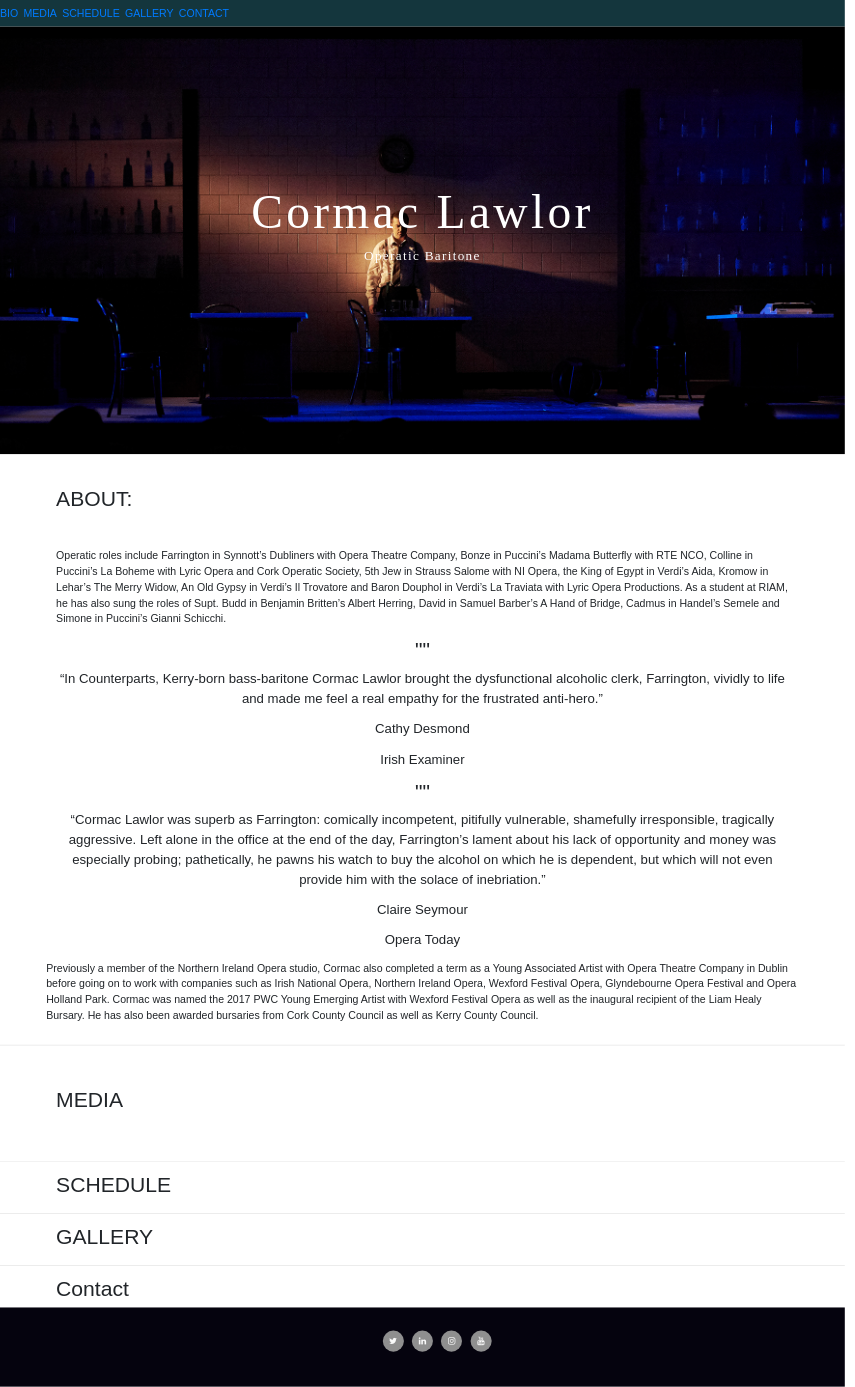
Repository: armedcor/frontend-project
Page: index.html
The author's editor kept a record of every edit. The page is drawn from the files as they stood at one moment, then again after the next edit.
The browser window is 1280 px wide. The page is 1295 px wide, so the pictures cover 1295 px, including what lies to the right of the window. The pictures show the whole page, at 66% of full size.
Backgrounds fixed to the window are drawn as part of the page.

Above is the page before.

### index.html
<!doctype html>
<html lang="en">

<head>
    <!-- Required meta tags -->
    <meta charset="utf-8">
    <meta name="viewport" content="width=device-width, initial-scale=1.0">

    <!-- Bootstrap CSS -->
    <link rel="stylesheet" href="https://stackpath.bootstrapcdn.com/bootstrap/4.3.1/css/bootstrap.min.css" integrity="sha384-ggOyR0iXCbMQv3Xipma34MD+dH/1fQ784/j6cY/iJTQUOhcWr7x9JvoRxT2MZw1T" crossorigin="anonymous">
    <!-- FontAwesome Link -->
    <link rel="stylesheet" href="https://stackpath.bootstrapcdn.com/font-awesome/4.7.0/css/font-awesome.min.css" type="text/css" />
    <!-- Local Style Sheet -->
    <link rel="stylesheet" href="assets/css/style.css" type="text/css" />
    <title>Cormac Lawlor | Baritone</title>
</head>

<body>
    <!-- Main landing image -->

    <nav class="navbar navbar-nav navbar-expand-sm">
        <ul class="navbar-nav mr-auto">
            <li class="active nav-item mr-2"><a class="page-scroll" href="#about-me">BIO</a></li>
            <li class="nav-item mr-2"><a class="page-scroll" href="#media">MEDIA</a></li>
            <li class="nav-item mr-2"><a class="page-scroll" href="#schedule">SCHEDULE</a></li>
            <li class="nav-item mr-2"><a class="page-scroll" href="#gallery">GALLERY</a></li>
            <li class="nav-item mr-2"><a class="page-scroll" href="#contact">CONTACT</a></li>
        </ul>
    </nav>

    <div class="container-fluid callout-container">
        <div class="row">
            <div class="col-12">
                <section class="jumbotron text-center">
                    <h1 class="display-4 jumbotron-header">Cormac Lawlor</h1>
                    <p class="lead jumbotron-text">Operatic Baritone</p>
                </section>
            </div>
        </div>
    </div>



    <!-- About me text including media quotes -->

    <div class="row">
        <section class="container" id="about-me">
            <div class="row">
                <div class="col-12 my-5">
                    <h2 class="text-uppercase">About:</h2>
                </div>
            </div>
            <div class="row bio">
                <div class="col-12">
                    <p>Operatic roles include Farrington in Synnott’s Dubliners with Opera Theatre Company, Bonze in Puccini’s Madama Butterfly with RTE NCO, Colline in Puccini’s La Boheme with Lyric Opera and Cork Operatic Society, 5th Jew in Strauss Salome
                        with NI Opera, the King of Egypt in Verdi’s Aida, Kromow in Lehar’s The Merry Widow, An Old Gypsy in Verdi’s Il Trovatore and Baron Douphol in Verdi’s La Traviata with Lyric Opera Productions. As a student at RIAM, he has also
                        sung the roles of Supt. Budd in Benjamin Britten’s Albert Herring, David in Samuel Barber’s A Hand of Bridge, Cadmus in Handel’s Semele and Simone in Puccini’s Gianni Schicchi.</p>
                </div>
            </div>
        </section>
    </div>
    <section class="container" id="quotes">
        <div class="row">
            <div class="col-12 mobile-hidden">
                <blockquote class="blockquote">
                    <h2>""</h2>
                    <p class="quote-text">“In Counterparts, Kerry-born bass-baritone Cormac Lawlor brought the dysfunctional alcoholic clerk, Farrington, vividly to life and made me feel a real empathy for the frustrated anti-hero.”</p>
                    <p class="quote-author"> Cathy Desmond</p>
                    <p class="quote-location">Irish Examiner</p>
                </blockquote>
            </div>
            <div class="col-12 col-xs-12">
                <blockquote class="blockquote">
                    <h2>""</h2>
                    <p="quote-text">“Cormac Lawlor was superb as Farrington: comically incompetent, pitifully vulnerable, shamefully irresponsible, tragically aggressive. Left alone in the office at the end of the day, Farrington’s lament about his lack of opportunity
                        and money was especially probing; pathetically, he pawns his watch to buy the alcohol on which he is dependent, but which will not even provide him with the solace of inebriation.”</p>
                        <p class="quote-author">Claire Seymour</p>
                        <p class="quote-location">Opera Today</p>
                </blockquote>
            </div>
        </div>
    </section>

    <section class="about-me container">
        <div class="row bio">
            <div class="col-6"></div>
            <p>Previously a member of the Northern Ireland Opera studio, Cormac also completed a term as a Young Associated Artist with Opera Theatre Company in Dublin before going on to work with companies such as Irish National Opera, Northern Ireland
                Opera, Wexford Festival Opera, Glyndebourne Opera Festival and Opera Holland Park. Cormac was named the 2017 PWC Young Emerging Artist with Wexford Festival Opera as well as the inaugural recipient of the Liam Healy Bursary. He has also
                been awarded bursaries from Cork County Council as well as Kerry County Council.</p>
        </div>
        </div>

    </section>

    <hr>

    <!-- Media section include soundcloud -->

    <section class="container" id="media">
        <div class="row">
            <div class="col-12 my-5">
                <h2 class="text-uppercase">Media</h2>
            </div>
        </div>
        <!--<div class="row">-->
        <!--    <div class="col-12">-->
        <!--        <iframe width="100%" height="166" scrolling="no" frameborder="no" allow="autoplay" src="https://w.soundcloud.com/player/?url=https%3A//api.soundcloud.com/tracks/420888168&color=%23ff5500&auto_play=-->
        <!--            false&hide_related=true&show_comments=true&show_user=true&show_reposts=false&show_teaser=true"></iframe>-->
        <!--    </div>-->
        <!--</div>-->
        <!--<div class="row">-->
        <!--    <div class="col-12 my-5">-->
        <!--        <iframe width="100%" height="166" scrolling="no" frameborder="no" allow="autoplay" src="https://w.soundcloud.com/player/?url=https%3A//api.soundcloud.com/tracks/420889467&color=%23ff5500&auto_play-->
        <!--            =false&hide_related=true&show_comments=true&show_user=true&show_reposts=false&show_teaser=true"></iframe>-->
        <!--    </div>-->
        <!--</div>-->
    </section>

    <hr>

    <section class="container" id="schedule">
        <div class="row">
            <div class="col-12">
                <h2 class="text-uppercase">Schedule</h2>
            </div>
        </div>
    </section>

    <hr>

    <section class="container" id="gallery">
        <div class="row">
            <div class="col-12">
                <h2 class="text-uppercase">Gallery</h2>
            </div>
        </div>
    </section>

    <hr>

    <section class="container" id="contact">
        <div class="row">
            <div class="col-12">
                <h2 class="text-upppercase">Contact</h2>
            </div>
        </div>
    </section>



</body>

<footer class="container-fluid">
    <div id="footer-details" class="row">
        <div class="col-12">
            <ul class="list-inline social-links">
                <li class="list-inline-item">
                    <a target="_blank" href="#">
                            <i class="fa fa-twitter" aria-hidden="true"></i>
                            <span class="sr-only">Twitter</span>
                        </a>
                </li>
                <li class="list-inline-item">
                    <a target="_blank" href="#">
                            <i class="fa fa-linkedin" aria-hidden="true"></i>
                            <span class="sr-only">LinkedIn</span>
                        </a>
                </li>
                <li class="list-inline-item">
                    <a target="_blank" href="#">
                            <i class="fa fa-instagram" aria-hidden="true"></i>
                            <span class="sr-only">Instagram</span>
                        </a>
                </li>
                <li class="list-inline-item">
                    <a target="_blank" href="#">
                            <i class="fa fa-youtube" aria-hidden="true"></i>
                            <span class="sr-only">Youtube</span>
                        </a>
                </li>
            </ul>
        </div>
    </div>

</footer>

</html>

### assets/css/style.css
@import url('https://fonts.googleapis.com/css?family=Exo+2:300i,400,400i,500
,
500i);

/*----------------------NavBar */

.nav-container {
 position: fixed;
 top: 0;
 left: 0;
 padding-left: 0;
 padding-right: 0;
}

.navbar {
    margin-bottom: 0;
    border: 0;
    width: 100%;
    background-color: rgba(20,54,61,1);
    z-index: 1;

}



/*-------------------- Body Containers */

.callout-container {
    height: 90vh;
    background: url("../photos/Cormac.jpg") no-repeat center center fixed;
    -webkit-background-size: cover;
    -moz-background-size: cover;
    -o-background-size: cover;
    background-size: cover;

    display: flex;
    align-items: center;
    justify-content: center;



}

/*----------------------General Fonts, paddings and special characters */




body {
    font-family: "Exo 2", sans-serif;
}

#quotes h2 p {
    text-align: center;
}

.blockquote {
    text-align: center;
}

@media (max-width: 999px) {
    .mobile-hidden {
        display: none;
    }

}

.jumbotron {
    background: transparent;
}

.jumbotron-header {
    font-family: 'Quattrocento', serif;
    color: white;
    letter-spacing: 5px;
    font-size: 72px;
}

.jumbotron-text {
    color: white;
    font-family: 'Quattrocento', serif;
    letter-spacing:2px;
    font-weight: 300
    font-family: 'Montserrat', sans-serif;
}







/*----------------------Footer */

footer {
    background-color: #05030e;
    color: #fafafa;
    min-height: 120px;
    margin: 0;
}



.social-links {
    padding-left: 45%;
    padding-top: 15px;
    padding-bottom: 15px;
}

.social-links li a i {
    width: 32px;
    height: 32px;
    padding: 12px 0;
    border-radius: 50%;
    font-size: 13px;
    line-height: 7px;
    text-align: center;
    color: #fafafa;
    background-color: #8f8f8f;
    transition: all 0.35s ease-in-out;
    -moz-transition: all 0.35s ease-in-out;
    -webkit-transition: all 0.35s ease-in-out;
    -o-transition: all 0.35s ease-in-out;
}

.social-links li a i:hover {
    background-color: #2662c1;
}

#footer-details {
    padding: 20px;
}



/*------- {
    background: #000 !important;
    color: #0f0 !important;
    outline: solid #f00 1px !important;
}

*/

After the next edit:
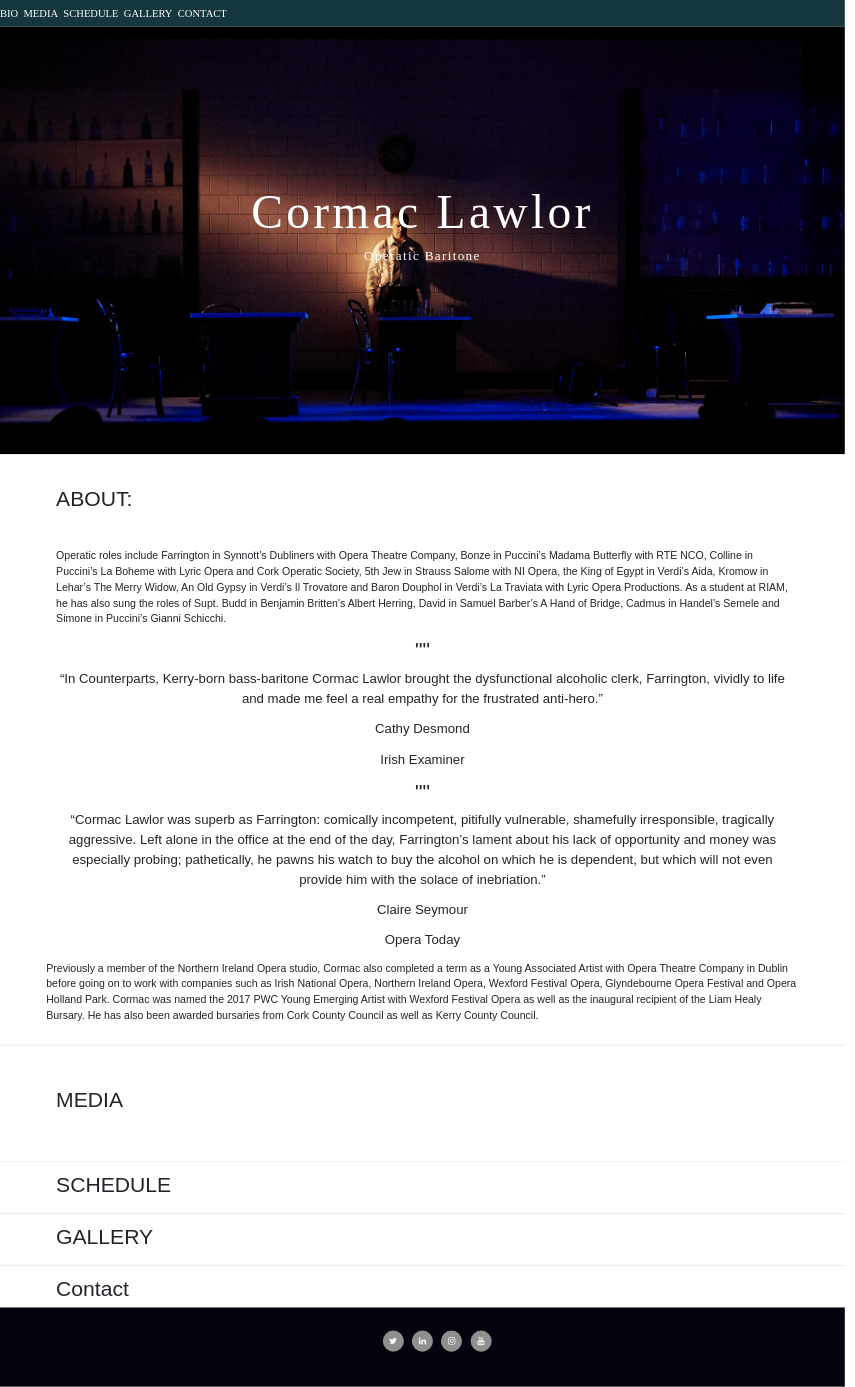
The edit:
--- a/assets/css/style.css
+++ b/assets/css/style.css
@@ -43,7 +43,11 @@
 
 /*----------------------General Fonts, paddings and special characters */
 
-
+a {
+    color: white;
+    font-weight: 500;
+    font-family: 'Quattrocento', serif;
+}
 
 
 body {
